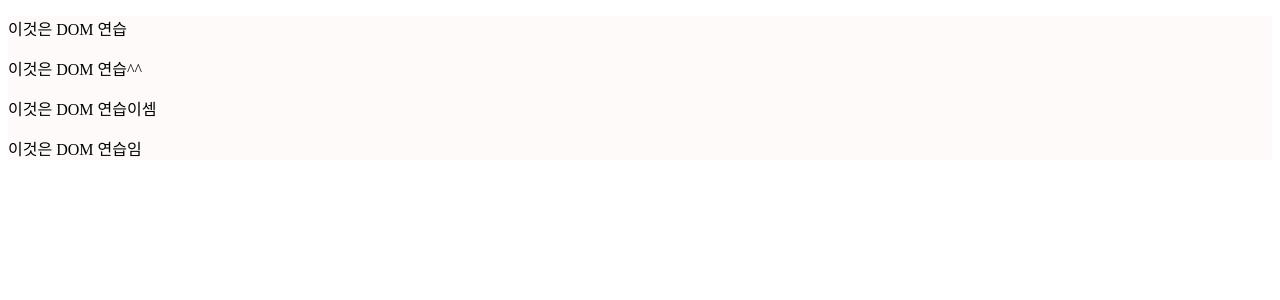
Repository: wjsjsn/23_webstudy
Page: 03_javascript/src/main/webapp/day03/Ex10_dom.html
The author's editor kept a copy of each file at every save. The page is drawn from the files as they stood at one save, then again after the next save.
The browser window is 1280 px wide. The pictures show the whole page.

Above is the page before, as saved 2023-06-29 06:41:10.

### 03_javascript/src/main/webapp/day03/Ex10_dom.html
<!DOCTYPE html>
<html>
<head>
<meta charset="UTF-8">
<title>Insert title here</title>
<style type="text/css">
	#myBox {
		background-color: snow;
	}

</style>
</head>
<body>
	<div id="myBox">
		<p id="p1">이것은 DOM 연습</p>
		<p id="p2">이것은 DOM 연습^^</p>
	</div>
	<script type="text/javascript">
		// html 요소 추가 및 삭제
		// document.createElement(element) : element 태그 생성
		// document.createTextNode(text) : text 생성
		// document.appendChild(element) : 자식 요소 추가
		// . append() : 요소 추가
		// document.remoneChile(element) : 자식 요소 삭제
		// .remove : 요소 삭제
		// insertBefore(요소1, 요소2) : 요소1이 요소2 앞에 삽입

		var p = document.createElement("p"); // p 태그 생성
		var p_txt = document.createTextNode("이것은 DOM 연습임");

		// 생성된 글자가 새로 만든 p 태그 안에 들어가게 하기
		p.appendChild(p_txt);

		var div = document.getElementById("myBox");
		div.appendChild(p);

		var p2 = document.createElement("p"); // p 태그 생성
		var p_txt2 = document.createTextNode("이것은 DOM 연습이셈");
		p2.appendChild(p_txt2);

		div.insertBefore(p2, p);
	</script>
</body>
</html>

After the next save:
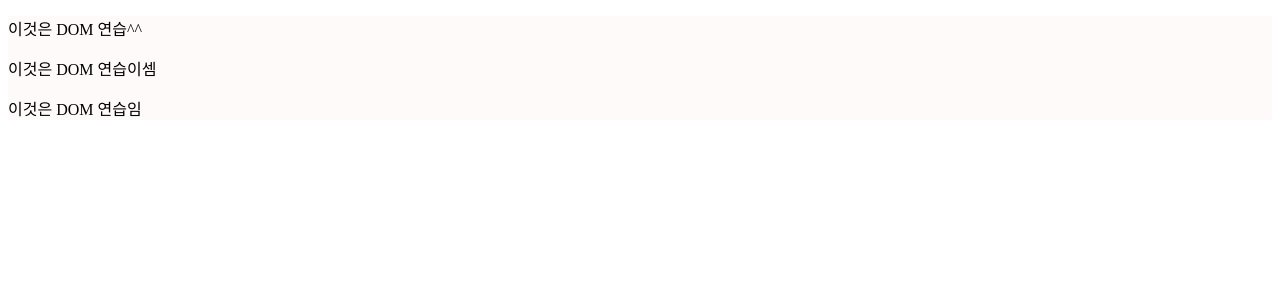
Saved 97 s later.
--- a/03_javascript/src/main/webapp/day03/Ex10_dom.html
+++ b/03_javascript/src/main/webapp/day03/Ex10_dom.html
@@ -39,6 +39,10 @@
 		p2.appendChild(p_txt2);
 
 		div.insertBefore(p2, p);
+
+		// 삭제
+		var k = document.getElementById("p1");
+		p1.remove();
 	</script>
 </body>
 </html>
